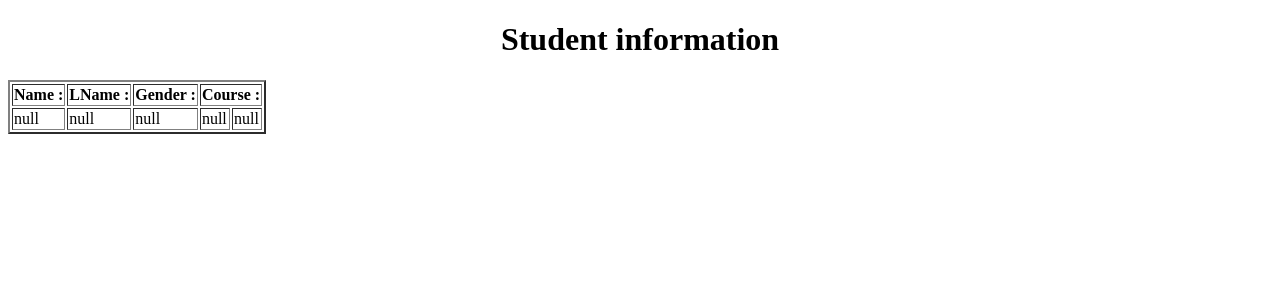
Repository: akale1992/Learning-HIBERNATE-SERVLETS
Page: http://localhost/jspdemo/
An editor plug-in stored every save of this project. The page is shown before and after the next save, followed by the edit.
The browser window is 1280 px wide. The pictures show the whole page.
The page is served by Tomcat 9.

Above is the page before, as saved 2015-09-15 06:32:11.

### jspdemo/WebContent/index.jsp

<%@page import="java.sql.DriverManager"%>
<%@page import="java.sql.PreparedStatement"%>
<%@page import="java.sql.Connection"%>

<%@ page language="java" contentType="text/html; charset=ISO-8859-1"
    pageEncoding="ISO-8859-1"%>
<!DOCTYPE html PUBLIC "-//W3C//DTD HTML 4.01 Transitional//EN" "http://www.w3.org/TR/html4/loose.dtd">
<html>
<head>
<meta http-equiv="Content-Type" content="text/html; charset=ISO-8859-1">
<title>Insert title here</title>
</head>
<body>
<% String fname = request.getParameter("fname");
   String lname = request.getParameter("lname");
   String gender = request.getParameter("r1");
   String course1 = request.getParameter("c1");
   String course2 = request.getParameter("c2");


%>
<%

Class.forName("com.mysql.jdbc.Driver");
Connection con = DriverManager.getConnection("jdbc:mysql://localhost:3306/join_test?user=mysql&password=mysql");
PreparedStatement psmt = con.prepareStatement("insert into stud values(?,?,?)");
psmt.setString(1 , fname);
psmt.setString(2 , lname);
psmt.setString(3, gender);
con.close();
psmt.close();

%>
<center><h1> Student information </h1></center>
<table border="2">
<tr><th>Name :</th>
<th> LName :</th>
<th>Gender :</th>
<th colspan="3"> Course :</th>
</tr>
<tr><td><%=fname %></td>
<td> <%=lname %></td>
<td><%=gender %></td>
<td><%=course1 %></td>
<td><%=course2 %></td>
</tr>
</table>

</body>
</html>

After the next save:
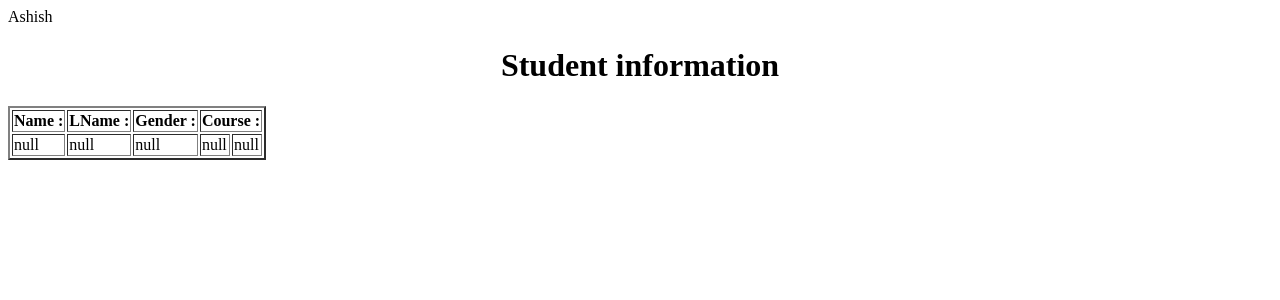
Saved 64 s later.
--- a/jspdemo/WebContent/index.jsp
+++ b/jspdemo/WebContent/index.jsp
@@ -30,6 +30,7 @@ psmt.setString(2 , lname);
 psmt.setString(3, gender);
 con.close();
 psmt.close();
+out.print("Ashish");
 
 %>
 <center><h1> Student information </h1></center>
